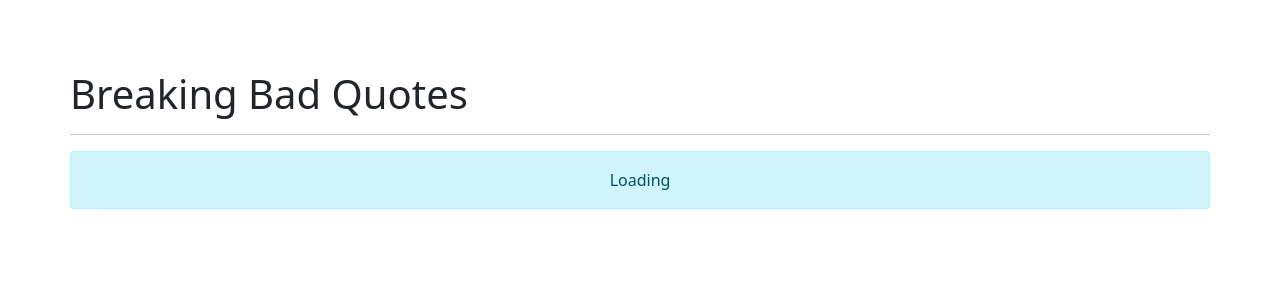
Repository: ppfeliuu/hooks-app
Page: /
These files come from the project's save history. The page is drawn as it stood at one moment and after the next save; the edit follows.
The browser window is 1280 px wide. The pictures show the whole page.
The page's requests for data from a server got no answer. The project was rebuilt for these pictures with package versions that can differ from the ones it lists, and the page was loaded fresh each time. No one was signed in, and anything a server would have sent is missing. Also part of the build but not shown: src/components/01-useState/CounterApp.js, src/hooks/useCounter.js, src/components/01-useState/CounterWithCustomHook.js, src/hooks/useForm.js, src/components/02-useEffect/FormWithCustomHook.js, src/components/02-useEffect/Message.js, src/components/02-useEffect/SimpleForm.js, src/HookApp.js.

Above is the page before, as saved 2021-05-29 22:26:20.

### public/index.html
<!DOCTYPE html>
<html lang="en">
  <head>
    <meta charset="utf-8" />
    <link rel="icon" href="%PUBLIC_URL%/favicon.ico" />
    <meta name="viewport" content="width=device-width, initial-scale=1" />
    <meta name="theme-color" content="#000000" />
    <meta
      name="description"
      content="Web site created using create-react-app"
    />
    <link rel="apple-touch-icon" href="%PUBLIC_URL%/logo192.png" />
    <!--
      manifest.json provides metadata used when your web app is installed on a
      user's mobile device or desktop. See https://developers.google.com/web/fundamentals/web-app-manifest/
    -->
    <link rel="manifest" href="%PUBLIC_URL%/manifest.json" />
    <!--
      Notice the use of %PUBLIC_URL% in the tags above.
      It will be replaced with the URL of the `public` folder during the build.
      Only files inside the `public` folder can be referenced from the HTML.

      Unlike "/favicon.ico" or "favicon.ico", "%PUBLIC_URL%/favicon.ico" will
      work correctly both with client-side routing and a non-root public URL.
      Learn how to configure a non-root public URL by running `npm run build`.
    -->
    <link
      href="https://cdn.jsdelivr.net/npm/bootstrap@5.0.1/dist/css/bootstrap.min.css"
      rel="stylesheet"
      integrity="sha384-+0n0xVW2eSR5OomGNYDnhzAbDsOXxcvSN1TPprVMTNDbiYZCxYbOOl7+AMvyTG2x"
      crossorigin="anonymous"
    />
    <title>Hooks App</title>
  </head>
  <body>
    <noscript>You need to enable JavaScript to run this app.</noscript>
    <div id="root"></div>
    <!--
      This HTML file is a template.
      If you open it directly in the browser, you will see an empty page.

      You can add webfonts, meta tags, or analytics to this file.
      The build step will place the bundled scripts into the <body> tag.

      To begin the development, run `npm start` or `yarn start`.
      To create a production bundle, use `npm run build` or `yarn build`.
    -->
  </body>
</html>

### src/index.js
import React from "react";
import ReactDOM from "react-dom";
import { CounterApp } from "./components/01-useState/CounterApp";
import { CounterWithCustomHook } from "./components/01-useState/CounterWithCustomHook";
import { FormWithCustomHook } from "./components/02-useEffect/FormWithCustomHook";
import { SimpleForm } from "./components/02-useEffect/SimpleForm";
import { MultipleCustomHooks } from "./components/examples/MultipleCustomHooks";
import { HookApp } from "./HookApp";

ReactDOM.render(<MultipleCustomHooks />, document.getElementById("root"));

### src/components/examples/MultipleCustomHooks.js
import React from "react";
import { useFetch } from "../../hooks/useFetch";
import "../02-useEffect/effects.css";
export const MultipleCustomHooks = () => {
  const { loading, data } = useFetch(
    `https://www.breakingbadapi.com/api/quotes/1`
  );
  // console.log(state);

  const { author, quote } = !!data && data[0];

  return (
    <div>
      <h1>Breaking Bad Quotes</h1>
      <hr />

      {loading ? (
        <div className="alert alert-info text-center">Loading</div>
      ) : (
        <blockquote className="blockquote text-right">
          <p className="mb-2">{quote}</p>
          <footer className="blockquote-footer">{author}</footer>
        </blockquote>
      )}
    </div>
  );
};

### src/hooks/useFetch.js
import { useEffect, useState } from "react";

export const useFetch = (url) => {
  const [state, setstate] = useState({
    data: null,
    loading: true,
    error: null,
  });

  useEffect(() => {
    fetch(url)
      .then((resp) => resp.json())
      .then((data) => {
        setstate({
          loading: false,
          error: null,
          data: data,
        });
      });
  }, [url]);

  return state;
};

Loaded but not shown: src/components/01-useState/counter.css (common file); src/components/02-useEffect/effects.css (common file)

After the next save:
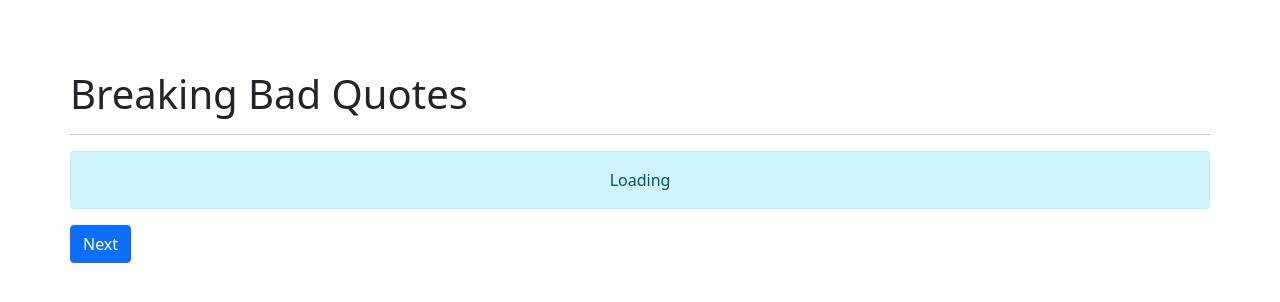
Saved 56 s later.
--- a/src/components/examples/MultipleCustomHooks.js
+++ b/src/components/examples/MultipleCustomHooks.js
@@ -22,6 +22,8 @@
           <footer className="blockquote-footer">{author}</footer>
         </blockquote>
       )}
+
+      <button className="btn btn-primary">Next</button>
     </div>
   );
 };
